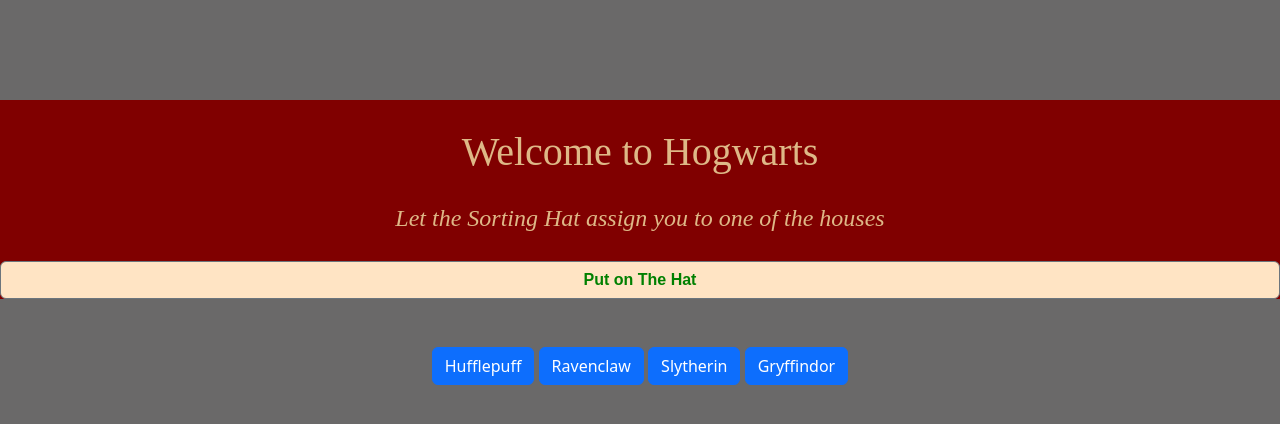
Repository: fernandabenavides618nash/INDIVIDUAL-PROJECT-sorting-hat
Page: index.html
An editor plug-in stored every save of this project. The page is shown before and after the next save, followed by the edit.
The browser window is 1280 px wide. The pictures show the whole page.

Above is the page before, as saved 2023-05-05 08:39:51.

After the next save:
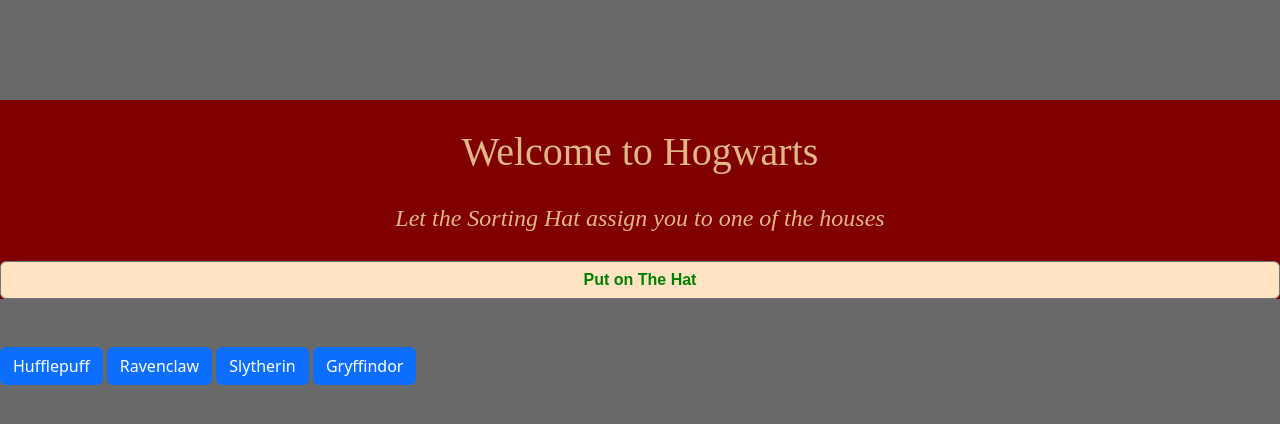
Saved 50 s later.
--- a/index.html
+++ b/index.html
@@ -11,7 +11,8 @@
 <body>
   <div class="intro" id="intro-screen"></div>
   <div class="form" id="form-div"></div>
-  <div class="school" id="school-div">
+  <div class="school" id="school-div"> </div>
+  <div class="app" id="app">
     <div class="buttons">
       <button type="button" class="btn btn-primary" id="Hufflepuff">Hufflepuff</button>
       <button type="button" class="btn btn-primary" id="Ravenclaw">Ravenclaw</button>
@@ -19,7 +20,6 @@
       <button type="button" class="btn btn-primary" id="Gryffindor">Gryffindor</button>
     </div>
   </div>
-  <div class="app" id="app"></div>
   <script src="https://cdn.jsdelivr.net/npm/bootstrap@5.3.0-alpha3/dist/js/bootstrap.bundle.min.js" integrity="sha384-ENjdO4Dr2bkBIFxQpeoTz1HIcje39Wm4jDKdf19U8gI4ddQ3GYNS7NTKfAdVQSZe" crossorigin="anonymous"></script>
   <script src="main.js"></script>
 </body>
